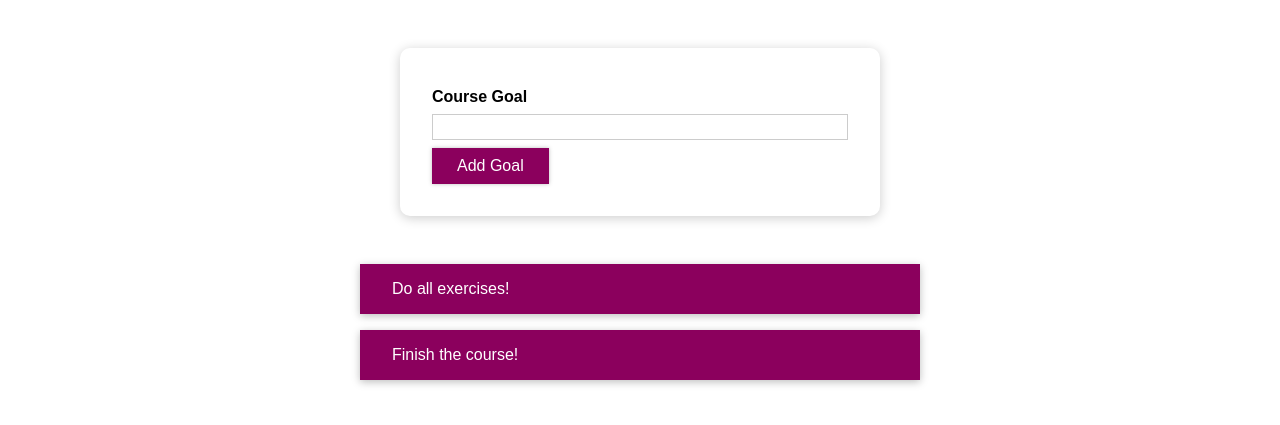
Repository: NamalPathirana/01-starting-project
Page: /
The author's editor kept a copy of each file at every save. The page is drawn from the files as they stood at one save, then again after a run of saves.
The browser window is 1280 px wide. The pictures show the whole page.
The project was rebuilt for these pictures with package versions that can differ from the ones it lists, and the page was loaded fresh each time.

Above is the page before, as saved 2021-11-23 04:58:02.

After the next 2 saves:
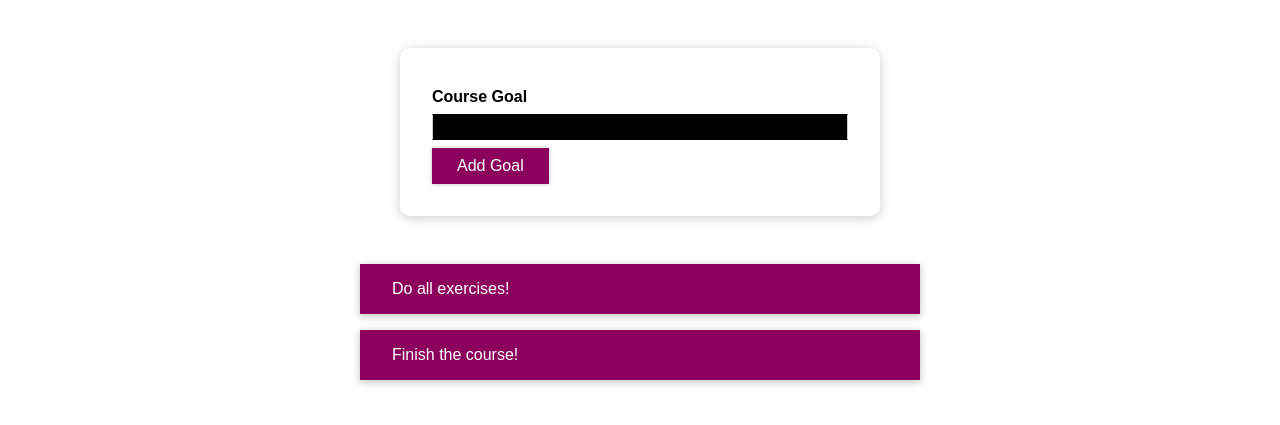
The 2 saves are shown as one change because 1 did not build or start.
The last was saved 2 min 57 s later.
--- a/src/components/CourseGoals/CourseInput/CourseInput.js
+++ b/src/components/CourseGoals/CourseInput/CourseInput.js
@@ -25,7 +25,7 @@ const CourseInput = props => {
     <form onSubmit={formSubmitHandler}>
       <div className="form-control">
         <label style={{color:!isValid?'red':'black'}}>Course Goal</label>
-        <input type="text" onChange={goalInputChangeHandler} />
+        <input type="text" style={{borderBlockColor:!isValid?'red':'black',backgroundColor:!isValid?'light-red':'black'}} onChange={goalInputChangeHandler} />
       </div>
       <Button type="submit">Add Goal</Button>
     </form>
